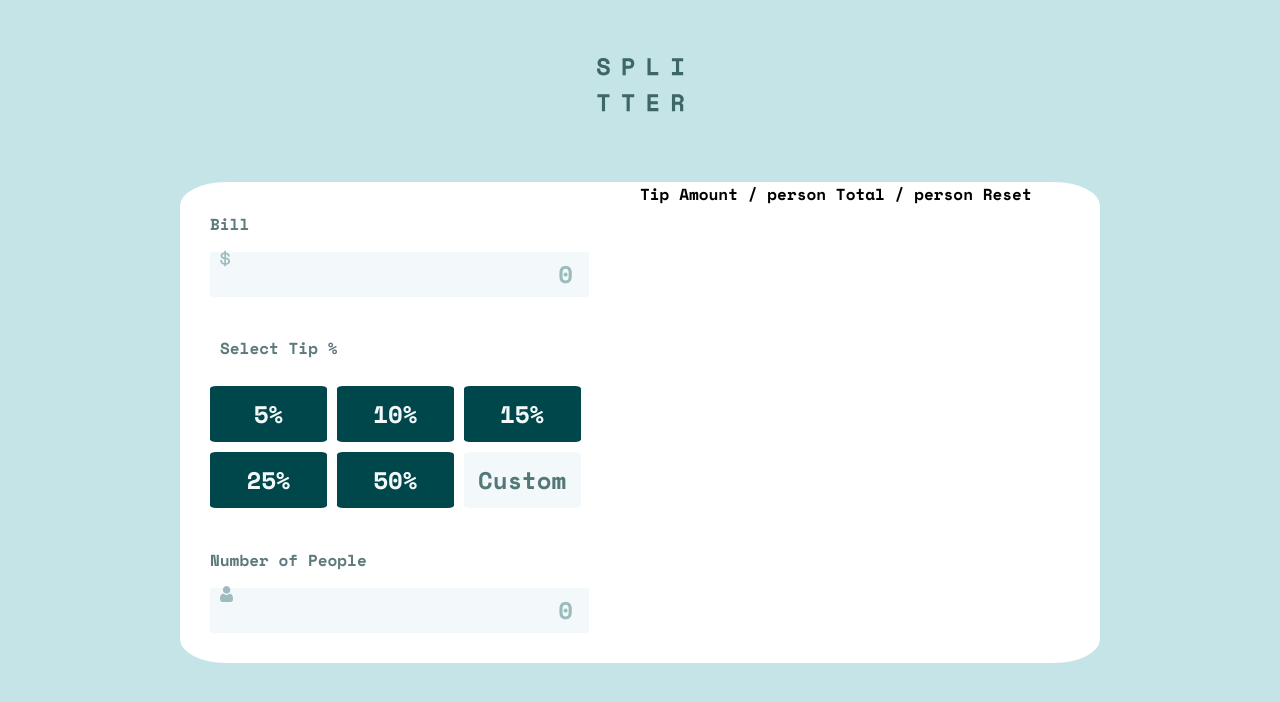
Repository: Arkitecth/tip-calculator
Page: index.html
An editor plug-in stored every save of this project. The page is shown before and after the next save, followed by the edit.
The browser window is 1280 px wide. The pictures show the whole page.

Above is the page before, as saved 2023-06-09 18:41:12.

### index.html
<!DOCTYPE html>
<html lang="en">
<head>
  <meta charset="UTF-8">
  <meta name="viewport" content="width=device-width, initial-scale=1.0"> <!-- displays site properly based on user's device -->

  <link rel="icon" type="image/png" sizes="32x32" href="./images/favicon-32x32.png">
  <link rel="stylesheet" href="styles.css">
  <title>Tip calculator app</title>

</head>
<body>

  <main>
    <img src="images/logo.svg" alt="logo">
      <div class="app">
        <div class="entry">
          <div class="bill-entry">
            <p>Bill</p>
            <img src="images/icon-dollar.svg" alt="dollar sign"><input class="entry-input" type="text" name="Bill" id="Bill" placeholder="0">
          </div>

          <div class="tip-entry">
            <p>Select Tip %</p>
            <input type="button" value="5%">
            <input type="button" value="10%">
            <input type="button" value="15%">
            <input type="button" value="25%">
            <input type="button" value="50%">
            <input class="custom" type="button" value="Custom">
          </div>

          <div class="people-entry">
            <p>Number of People</p>
            <img src="images/icon-person.svg" alt="person sign"><input class="entry-input" type="text" name="people-entry" id="people-entry" placeholder="0">
          </div>

        </div>

        <div class="result">
          Tip Amount
          / person

          Total
          / person

          Reset
        </div>


  </div>
  </main>





</body>
</html>

### styles.css
@import url('https://fonts.googleapis.com/css2?family=Space+Mono:wght@700&display=swap');
* {
    margin: 0;
    padding: 0;
    font-family: 'Space Mono', monospace;
}

/* Main Styling */
body {
    background-color: #C5E4E7;

}

main {
    display: flex;
    flex-direction: column;
    justify-content: center;
    align-items: center;
    align-content: center;
    height: 100vh;
    gap: 70px;
}

/* App Styling */

.app {
    width: 920px;
    height: 481px;
    background-color: white;
    border-radius: 5%;
    display: grid;
    grid-template-columns: 1fr 1fr;
}

/* Entry Styling */

.entry {
    display: grid;
    padding-top: 30px;
    grid-template-rows: auto auto auto;
    padding-left: 30px;
    justify-content: center;
    color: #5E7A7D;
}

.entry p {
    margin-bottom: 1rem;
}

.entry-input {
    background-color:#f3F9FA;
    width: 379px;
    height: 45px;
    border: none;
    border-radius: 2%;
    text-align: right;
    font-size: 1.5rem;
    color: #00474B;

}

.entry-input:focus {
    outline: none;
    border: 1px solid #26C2AE;

}

.entry-input::placeholder {
    text-align: right;
    font-size: 1.5rem;
    color:#00474B;
    opacity: 0.35;
    padding: 1rem;

}

/* Bill Styling */

.bill-entry {
    position: relative;
}

.bill-entry img {
    position: absolute;
    top: 38px;
    left: 10px;
}

/* Tip Entry */
.tip-entry p {
    padding: 10px;
}
.tip-entry input[type="button"] {
    width: 117px;
    padding: 10px;
    margin-bottom: 10px;
    background-color:#00474B;
    color: #f3F9FA;
    font-size: 1.5rem;
    border: none;
    border-radius: 5%;
    font-weight: 700;
}

.tip-entry input[type="button"]:active,.tip-entry input[type="button"]:hover {
    background-color: #26C2AE;
}
.tip-entry input[type="button"]:active {
    transform: translateY(4px);
}

.tip-entry input.custom {
    background-color: #F3F9FA;
    color:#547878;
}

/* People Entry Styling */
.people-entry {
    position: relative;
}
.people-entry img {
    position: absolute;
    top: 38px;
    left: 10px;
}

After the next save:
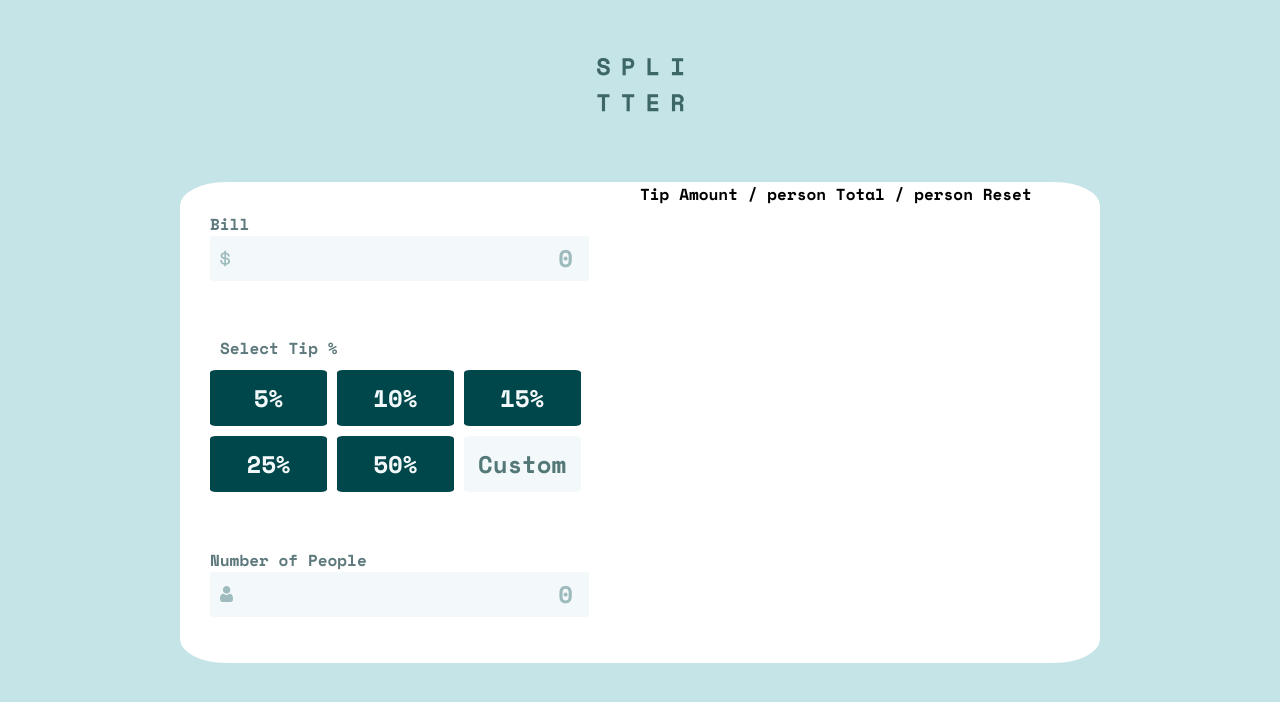
Saved 11 s later.
--- a/styles.css
+++ b/styles.css
@@ -43,9 +43,9 @@
     color: #5E7A7D;
 }
 
-.entry p {
+/* .entry p {
     margin-bottom: 1rem;
-}
+} */
 
 .entry-input {
     background-color:#f3F9FA;

After the save that followed:
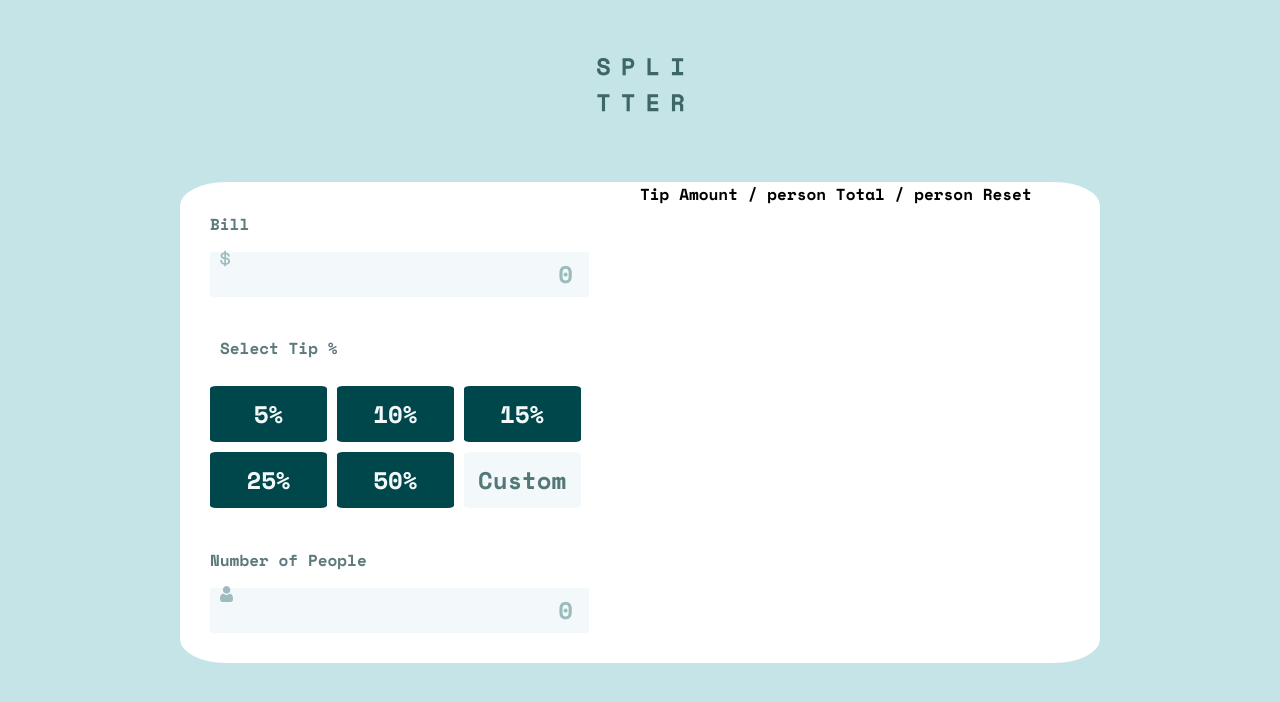
Saved 6 s later.
--- a/styles.css
+++ b/styles.css
@@ -43,9 +43,9 @@
     color: #5E7A7D;
 }
 
-/* .entry p {
+.entry p {
     margin-bottom: 1rem;
-} */
+}
 
 .entry-input {
     background-color:#f3F9FA;
